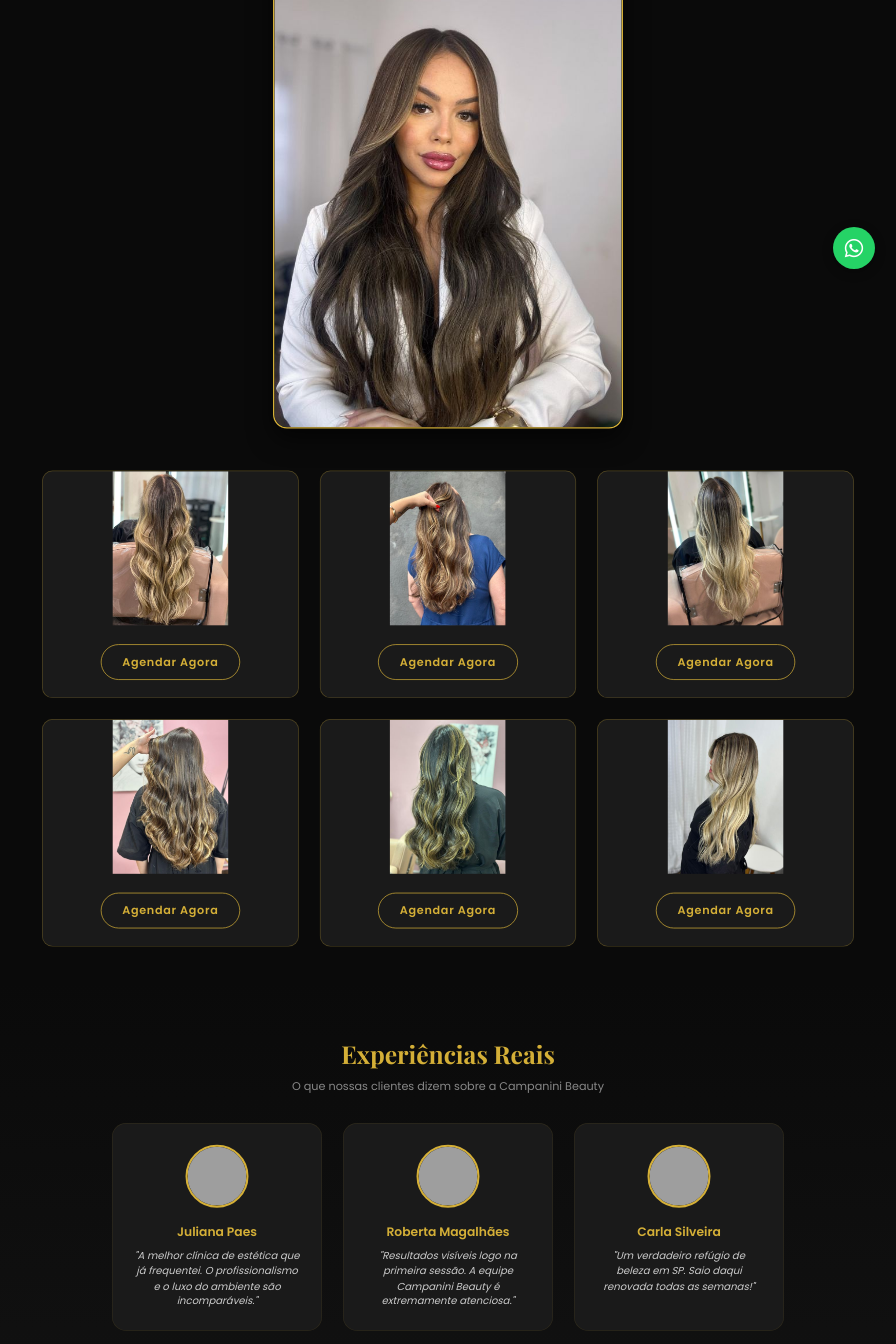
Repository: Sandro1969-tech/campanini-beauty
Page: index.html
An editor plug-in stored every save of this project. The page is shown before and after the next save, followed by the edit.
The browser window is 1280 px wide. The pictures show the part of the page from y = 306 to 2226 px (the page is 2941 px tall), at 70% of full size.
Pictures or frames that could not be fetched are drawn as grey boxes.

Above is the page before, as saved 2026-02-17 19:57:22.

After the next save:
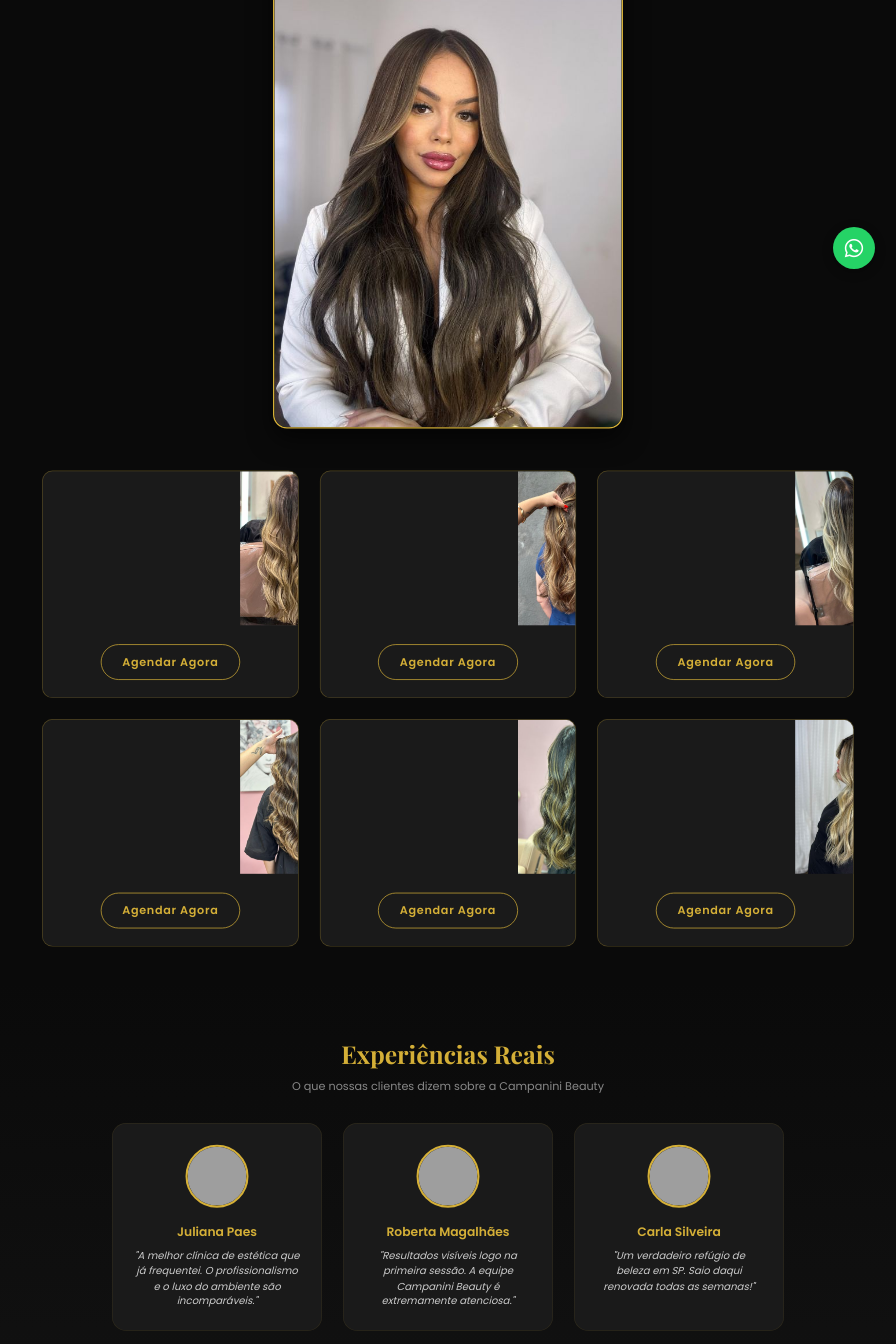
Saved 8 s later.
--- a/index.html
+++ b/index.html
@@ -106,7 +106,7 @@
         }
 
         .card img {
-            width: 100%;
+            width: 200%;
             height: 220px;
             object-fit: contain; /* Garante que a imagem não fique esticada */
         }

After the save that followed:
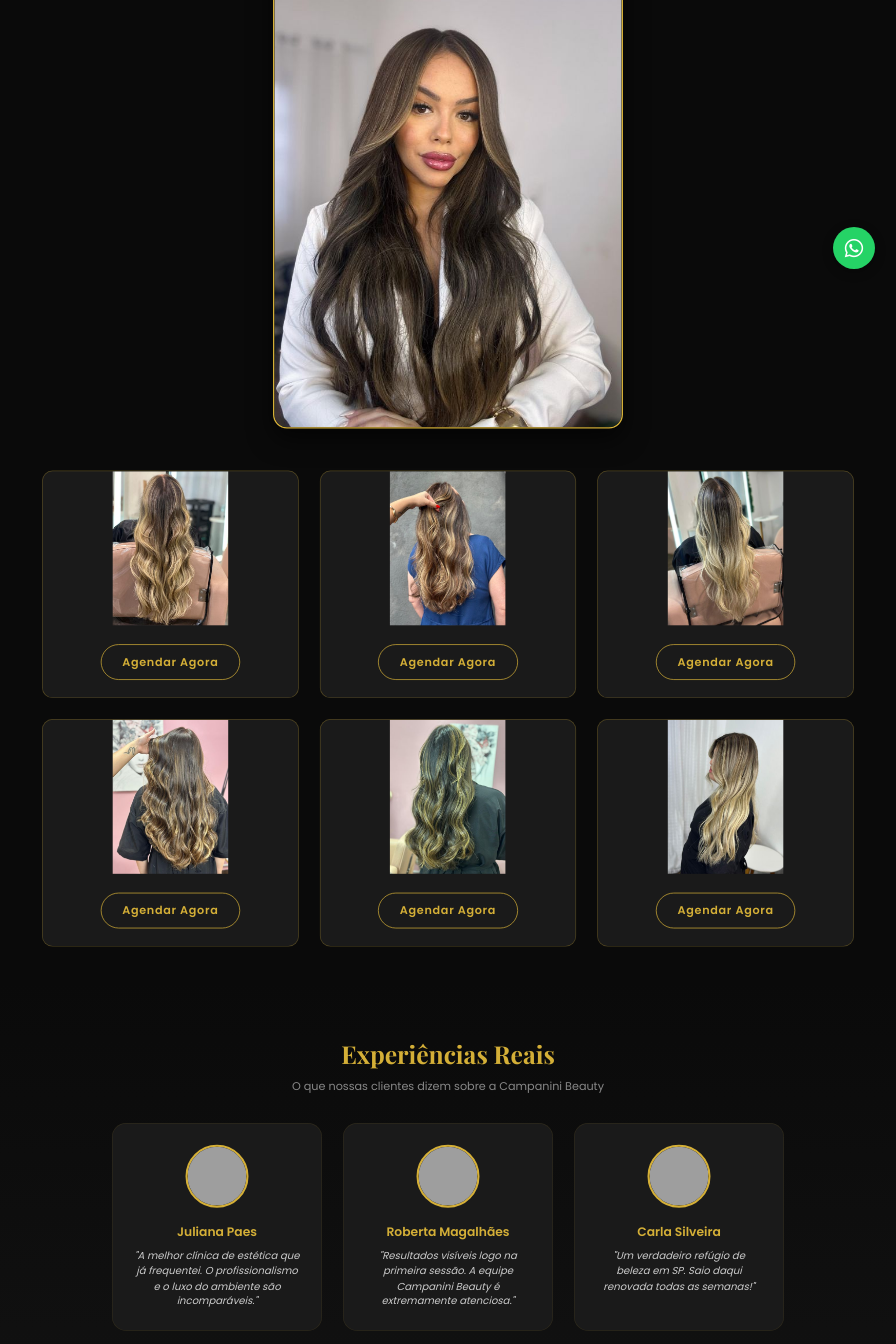
Saved 7 s later.
--- a/index.html
+++ b/index.html
@@ -106,7 +106,7 @@
         }
 
         .card img {
-            width: 200%;
+            width: 100%;
             height: 220px;
             object-fit: contain; /* Garante que a imagem não fique esticada */
         }
